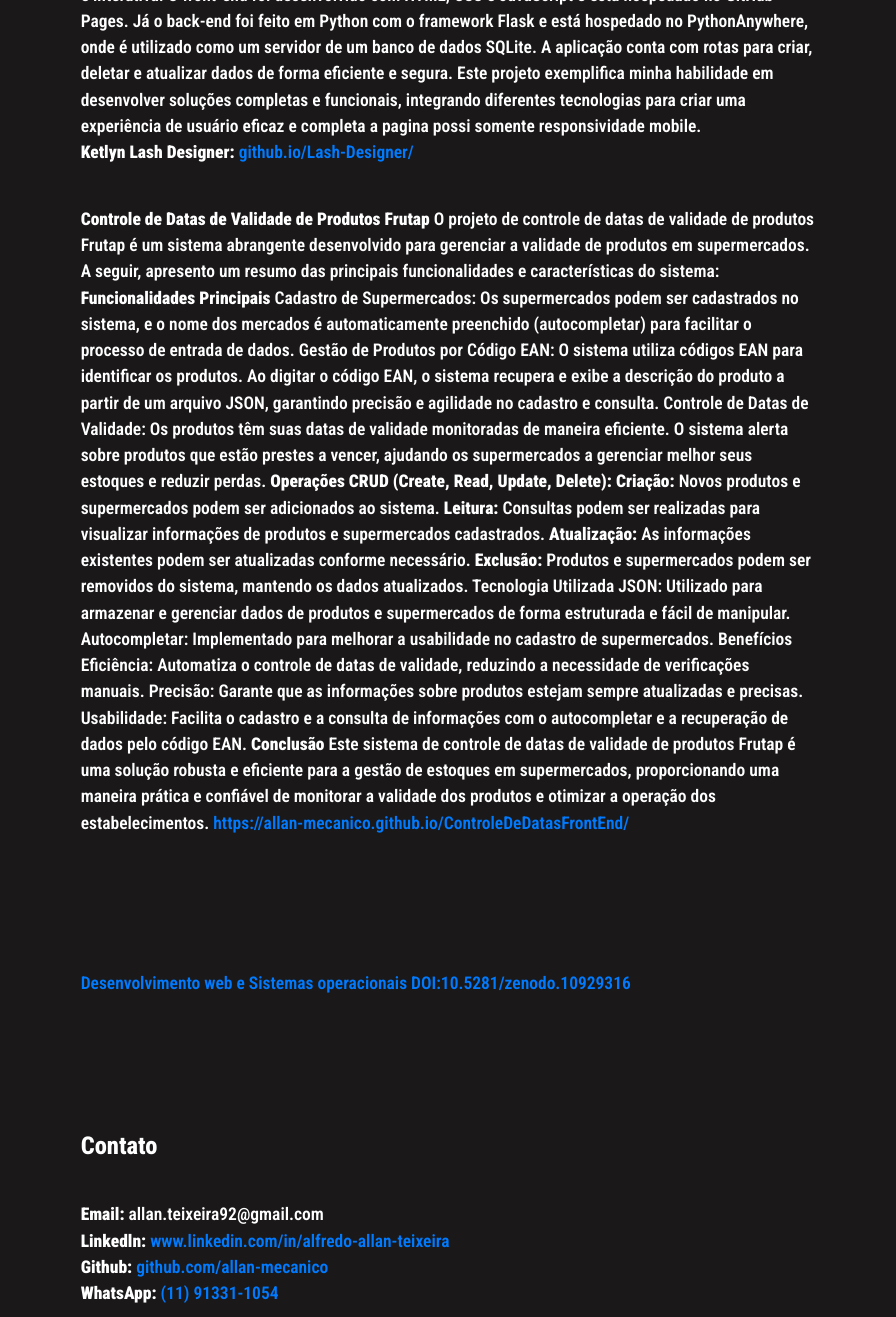
Repository: alfredo-allan/Portfolio
Page: index.html
These files come from the project's save history. The page is drawn as it stood at one moment and after a run of saves; the edit follows.
The browser window is 1280 px wide. The pictures show the part of the page from y = 2547 to 4467 px (the page is 4429 px tall before and 4467 px after), at 70% of full size.

Above is the page before, as saved 2024-05-26 19:33:40.

After the next 2 saves:
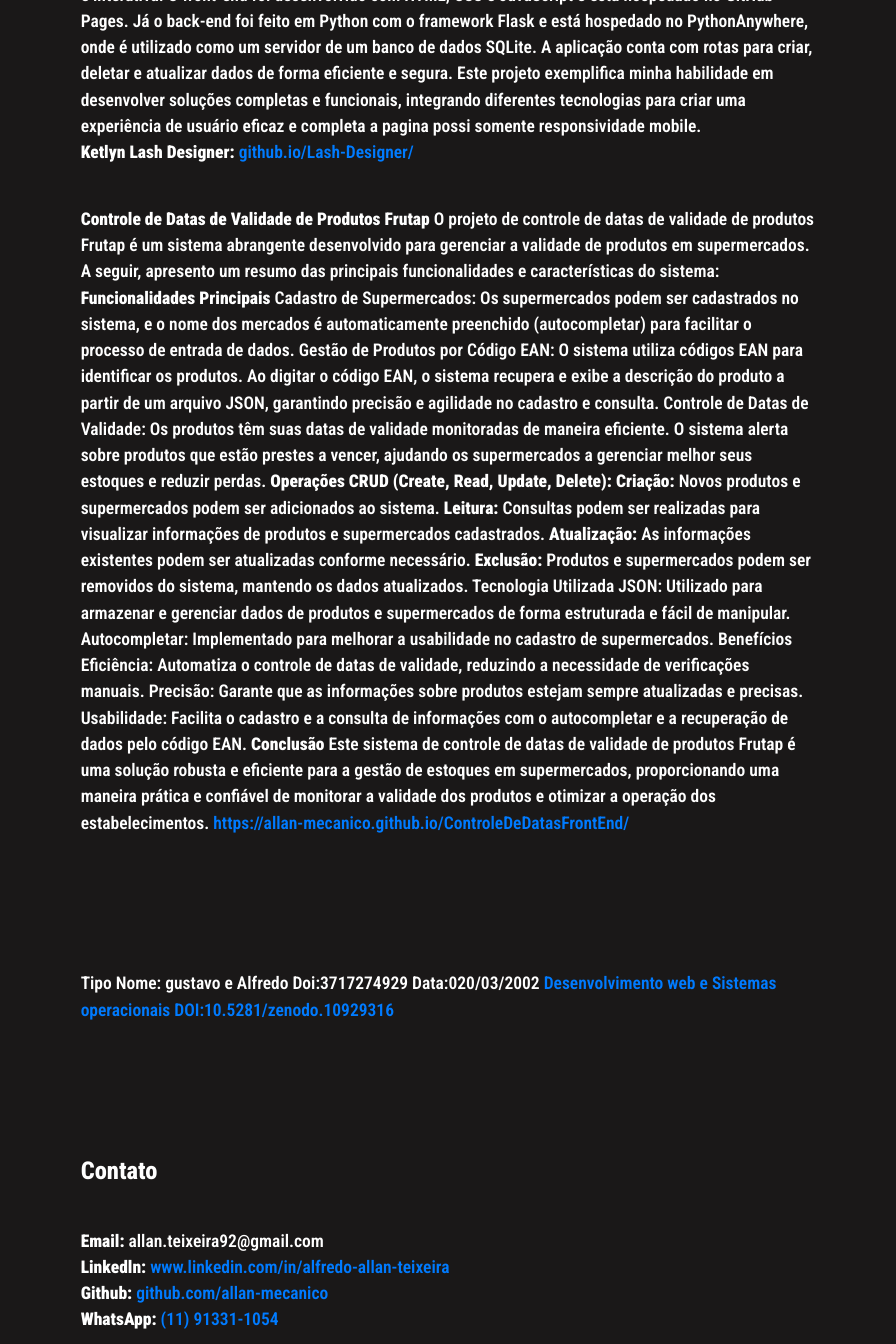
The 2 saves are shown as one change because they came seconds apart.
The last was saved 21 s later.
--- a/index.html
+++ b/index.html
@@ -152,7 +152,7 @@
     </div>
     <div id="Atividades">
       <p>
-
+        Tipo Nome: gustavo e Alfredo Doi:3717274929 Data:020/03/2002
         <a href="https://zenodo.org/records/10929316"
           >Desenvolvimento web e Sistemas operacionais
           DOI:10.5281/zenodo.10929316</a
